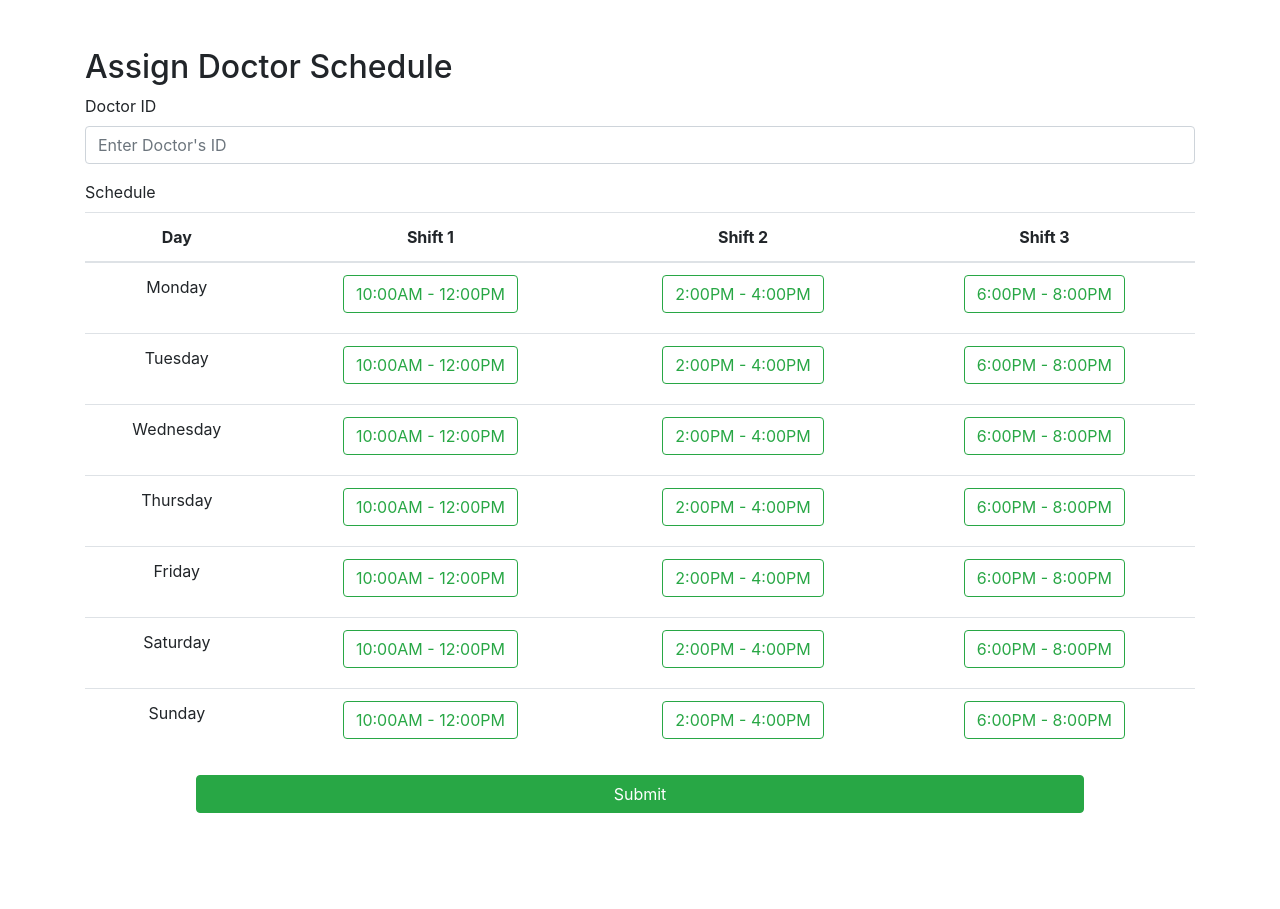
Repository: theonlymono/FitfinityHealthcareWebsiteJ2EE
Page: http://localhost/Fitfinity/DrSchedule.jsp
An editor plug-in stored every save of this project. The page is shown before and after the next save, followed by the edit.
The browser window is 1280 px wide. The pictures show the whole page.
Some web libraries are served in a nearby version. The page is served by Tomcat 9.

Above is the page before, as saved 2024-02-27 18:13:31.

After the next save:
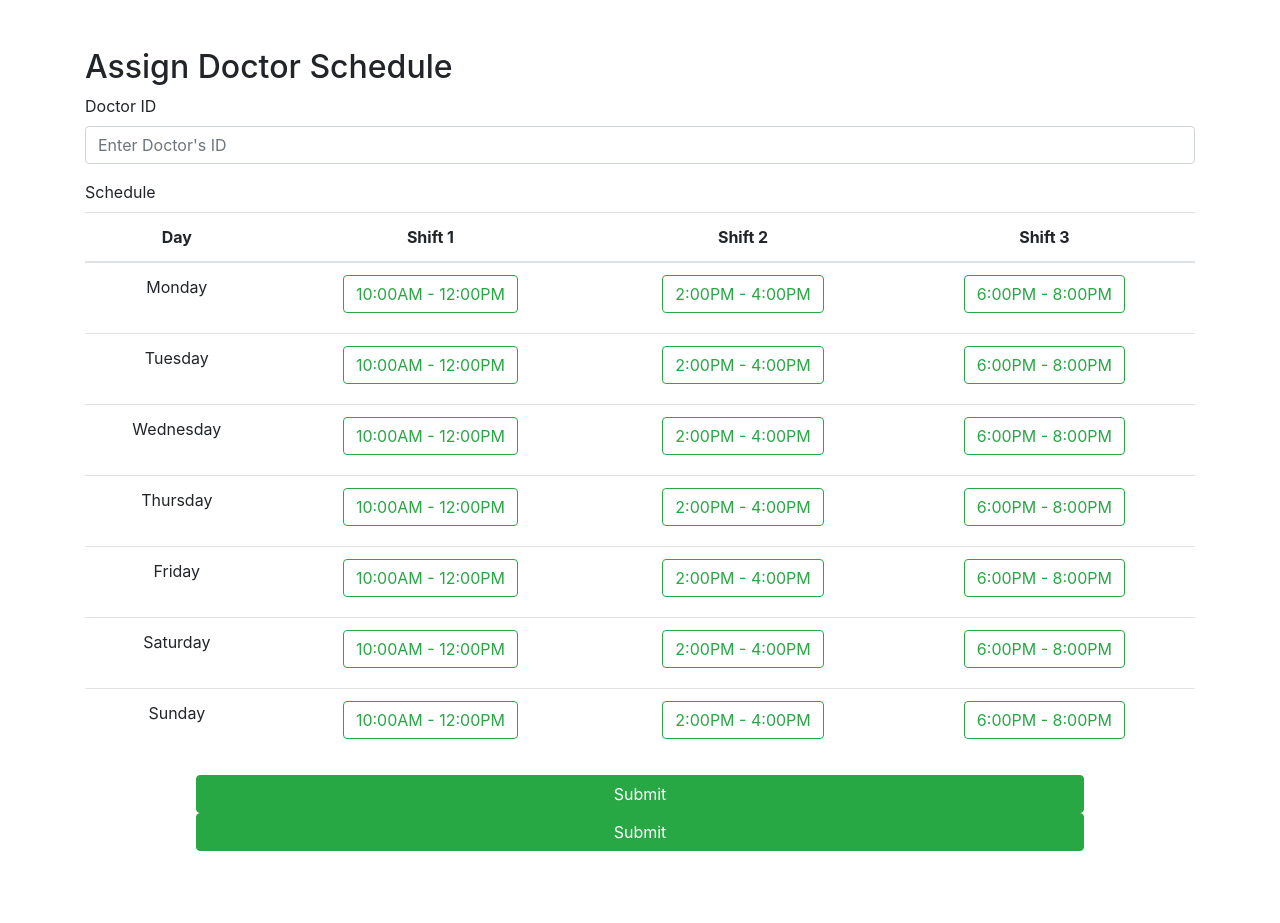
Saved 8 min 47 s later.
--- a/fitfinity/Fitfinity/WebContent/DrSchedule.jsp
+++ b/fitfinity/Fitfinity/WebContent/DrSchedule.jsp
@@ -180,6 +180,7 @@
       </div>
       <button style="margin-left: 10%; width: 80%; " type="submit" class="btn btn-success">Submit</button>
     </form>
+    <button style="margin-left: 10%; width: 80%; " type="submit" class="btn btn-success">Submit</button>
     <br>
     <br>
     <br>
